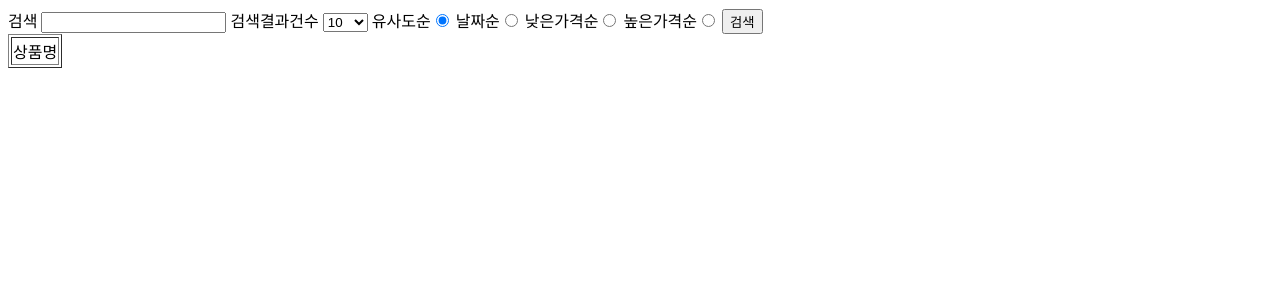
Repository: jeehui/JSPStudy
Page: http://localhost/OPENAPI_PRAC/search/search.jsp
These files come from the project's save history. The page is drawn as it stood at one moment and after the next save; the edit follows.
The browser window is 1280 px wide. The pictures show the whole page.
The page is served by Tomcat 9. Other server files are loaded and not shown.

Above is the page before, as saved 2022-05-03 06:18:31.

### OPENAPI_PRAC/src/main/webapp/search/search.jsp
<%@ page language="java" contentType="text/html; charset=UTF-8"
    pageEncoding="UTF-8"%>
<!DOCTYPE html>
<html>
<head>
<meta charset="UTF-8">
<title>Insert title here</title>
</head>
<body>
	<form id="formSearch">
		<label for="query">
			검색
			<input type="text" name="query" id="query">
		</label>
		<label for="display">
			검색결과건수
			<select name="display" id="display">
				<option value="10" selected>10</option>
				<option value="20" >20</option>
				<option value="40" >40</option>
				<option value="60" >60</option>
				<option value="80" >80</option>
				<option value="100" >100</option>
			</select>
		</label>
		<label for="sim">유사도순<input type="radio" name="sort" id="sim" value="sim" checked></label>
		<label for="date">날짜순<input type="radio" name="sort" id="date" value="date"></label>
		<label for="asc">낮은가격순<input type="radio" name="sort" id="asc" value="sim"></label>
		<label for="dsc">높은가격순<input type="radio" name="sort" id="dsc" value="sim"></label>
		<input type="button" value="검색" id="btnSearch">
	</form>

	<div>
		<table border="1">
			<thead>
				<tr>
					<td>상품명</td>
				</tr>
			</thead>
		</table>
	</div>

</body>
</html>

After the next save:
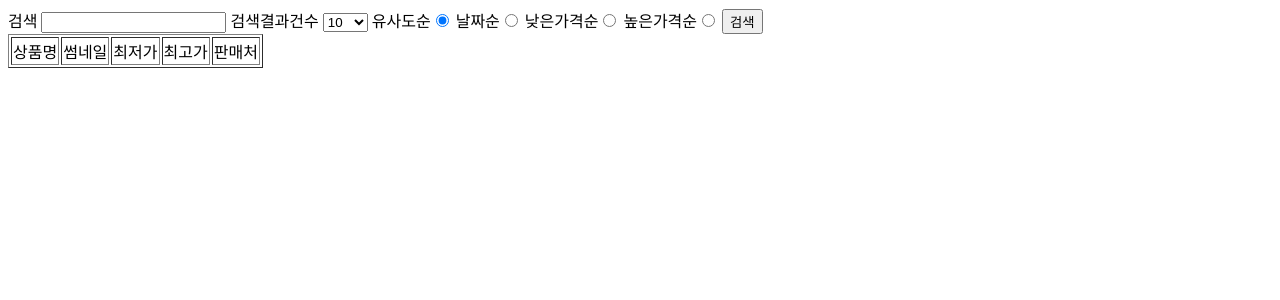
Saved 43 s later.
--- a/OPENAPI_PRAC/src/main/webapp/search/search.jsp
+++ b/OPENAPI_PRAC/src/main/webapp/search/search.jsp
@@ -35,6 +35,10 @@
 			<thead>
 				<tr>
 					<td>상품명</td>
+					<td>썸네일</td>
+					<td>최저가</td>
+					<td>최고가</td>
+					<td>판매처</td>
 				</tr>
 			</thead>
 		</table>
